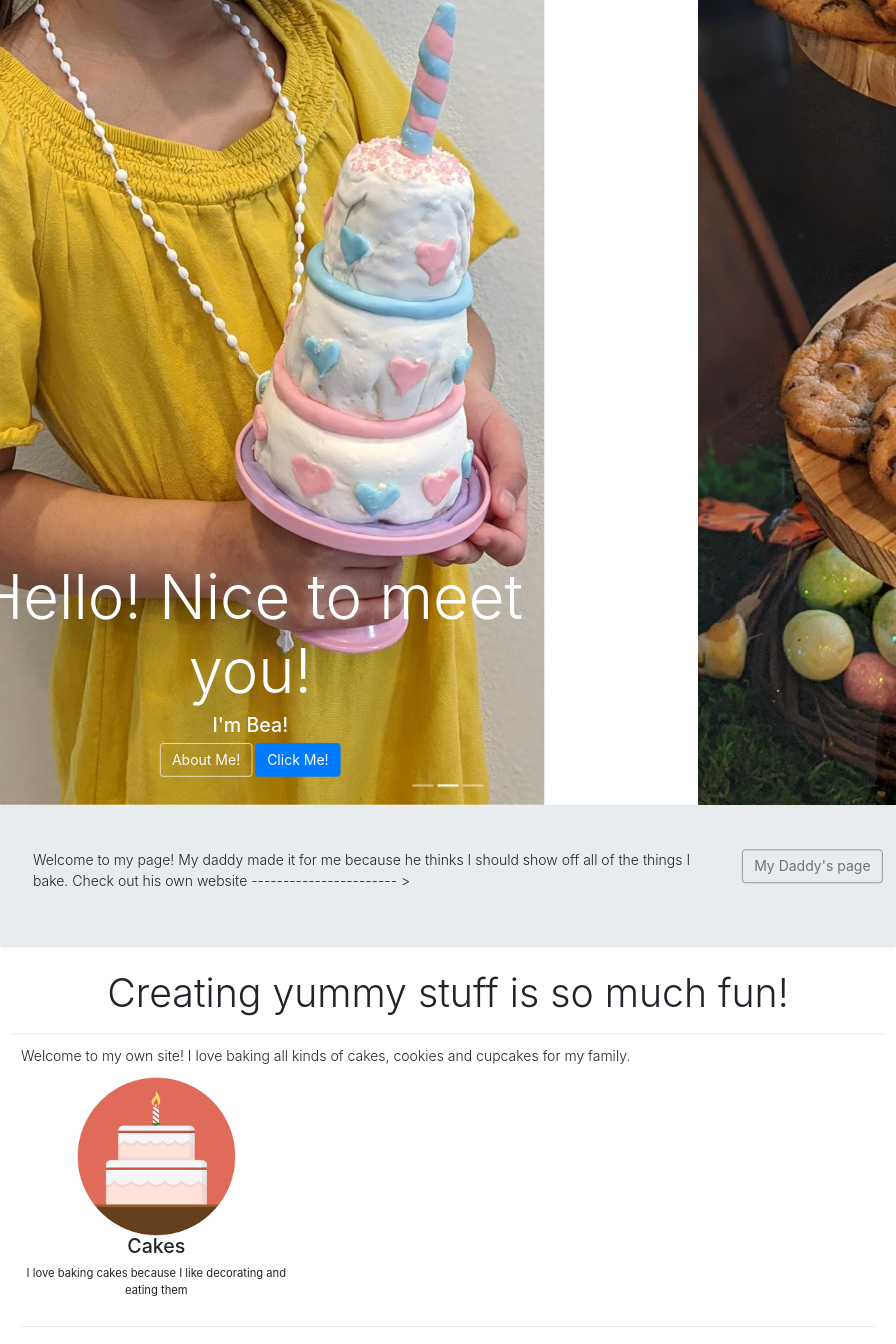
Repository: djzaragoza/Bea-Creation
Page: index.html
These files come from the project's save history. The page is drawn as it stood at one moment and after the next save; the edit follows.
The browser window is 1280 px wide. The pictures show the part of the page from y = 791 to 2711 px (the page is 2711 px tall), at 70% of full size.
Some web libraries are served in a nearby version.

Above is the page before, as saved 2020-04-07 12:32:32.

After the next save:
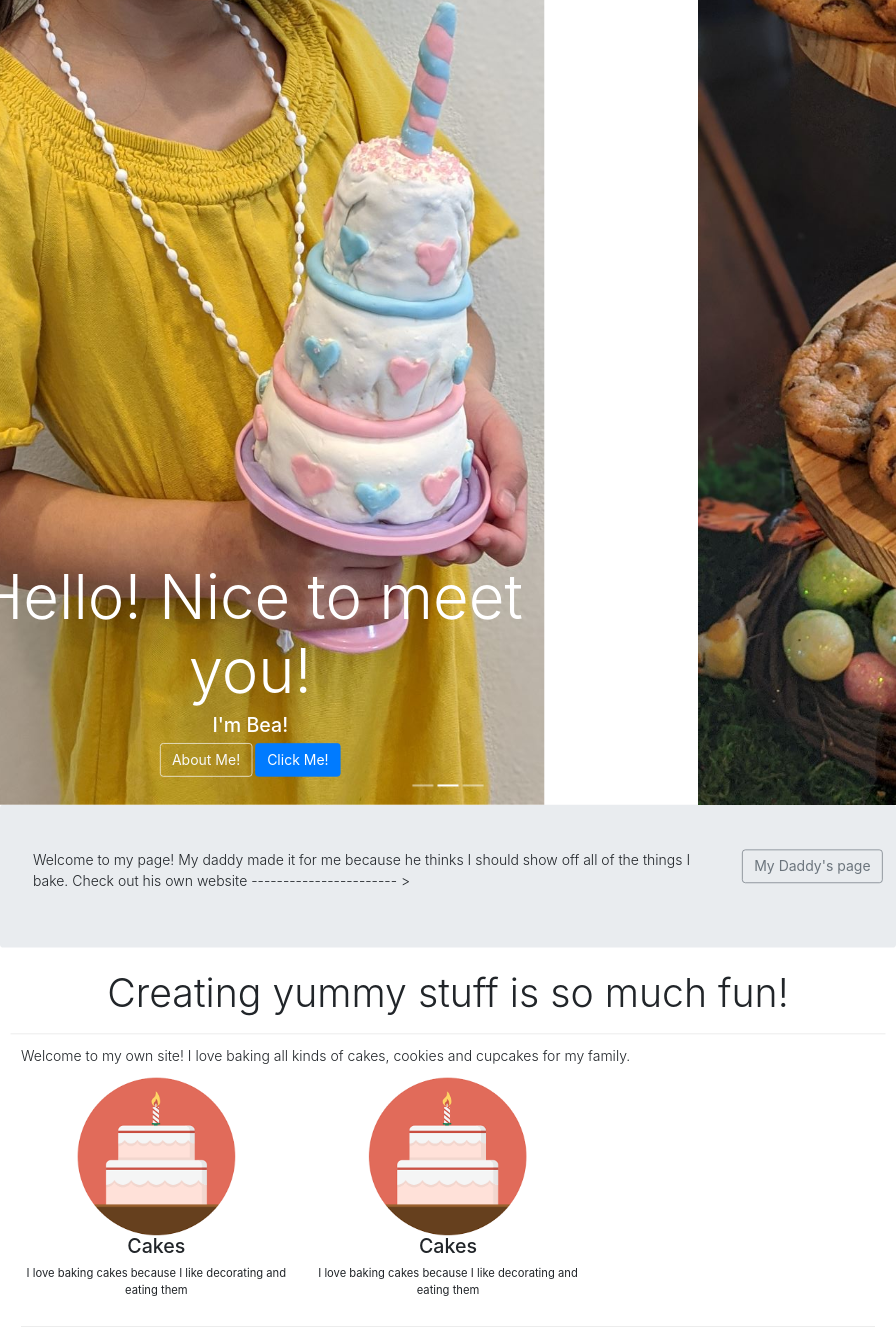
Saved 3 min 28 s later.
--- a/index.html
+++ b/index.html
@@ -105,6 +105,11 @@
         <h3>Cakes</h3>
         <p>I love baking cakes because I like decorating and eating them</p>
     </div>
+    <div class="col-xs-12 col-sm-6 col-md-4">
+        <img src="img/cake_icon.png">
+        <h3>Cakes</h3>
+        <p>I love baking cakes because I like decorating and eating them</p>
+    </div>
 </div>
 <hr class="my-4">
 </div>
